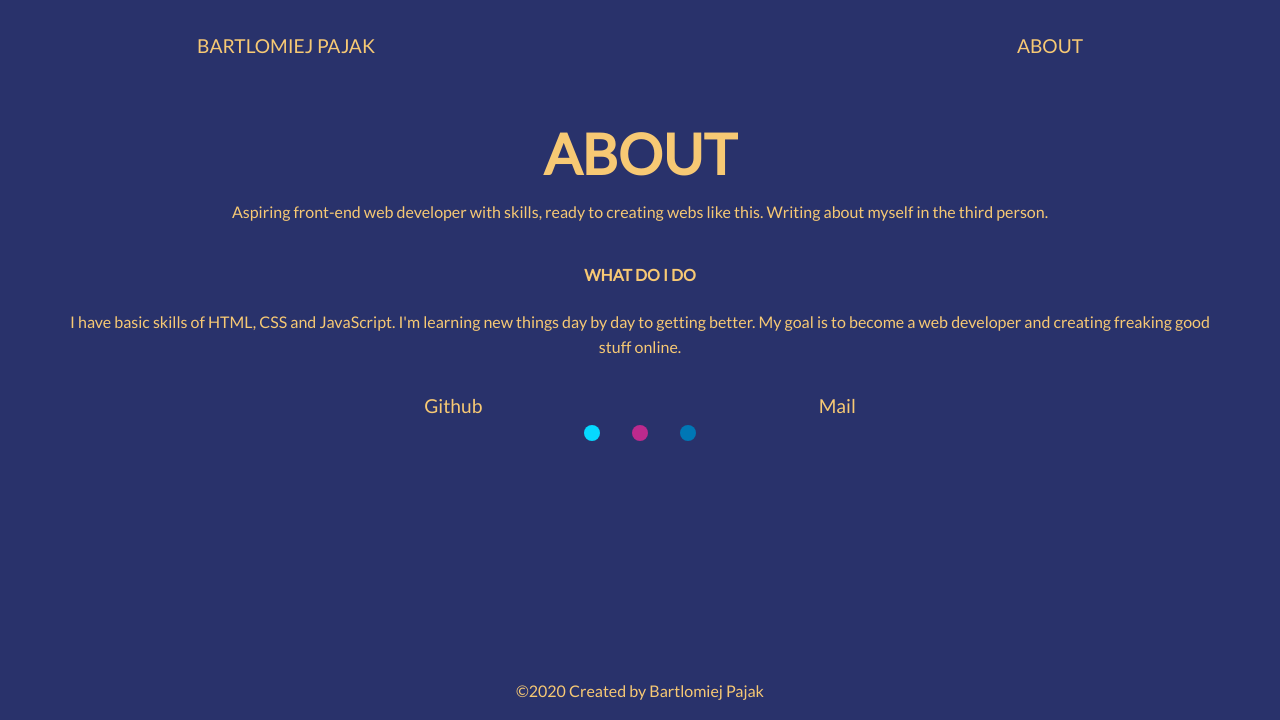
Repository: spidero7/personal-site
Page: about.html
These files come from the project's save history. The page is drawn as it stood at one moment and after the next save; the edit follows.
The browser window is 1280 px wide. The pictures show the whole page.

Above is the page before, as saved 2020-04-16 23:23:53.

After the next save:
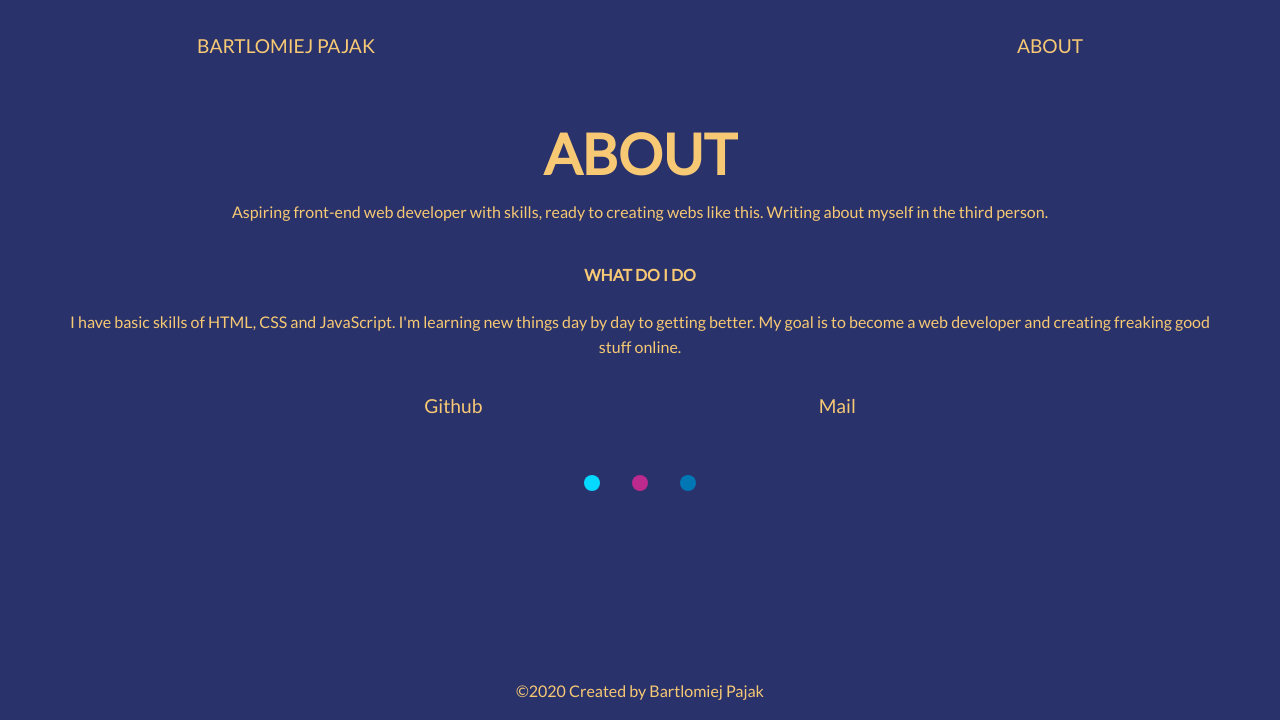
Saved 20 s later.
--- a/css/style.css
+++ b/css/style.css
@@ -112,7 +112,7 @@ a:hover {
 ==================================== */
 
 .social {
-    margin-top: auto;
+    margin-top: 50px;
 }
 
 .social a{
